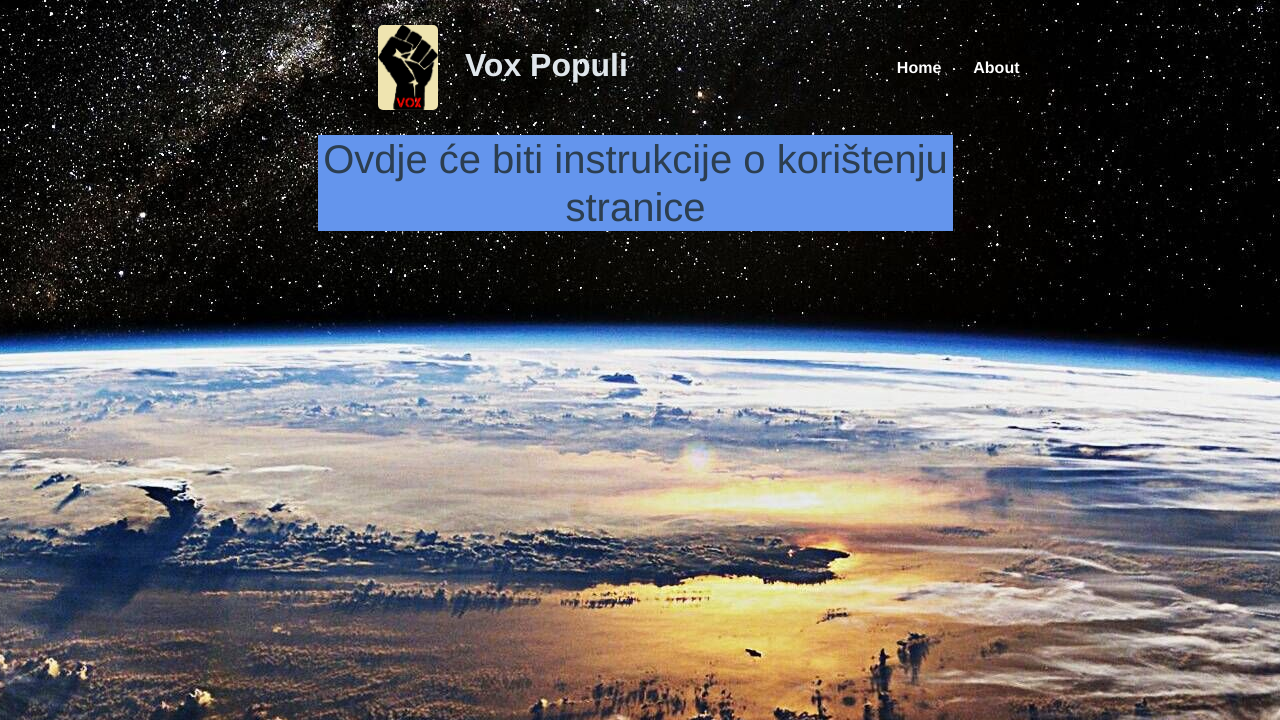
Repository: mseparov/vox-populi
Page: /about (app in vox-populi/)
These files come from the project's save history. The page is drawn as it stood at one moment and after a run of saves; the edit follows.
The browser window is 1280 px wide. The pictures show the whole page.
The project was rebuilt for these pictures with package versions that can differ from the ones it lists, and the page was loaded fresh each time. Also part of the build but not shown: vox-populi/src/components/NewsArticle.vue, vox-populi/src/views/Home.vue.

Above is the page before, as saved 2021-08-23 23:38:20.

After the next 2 saves:
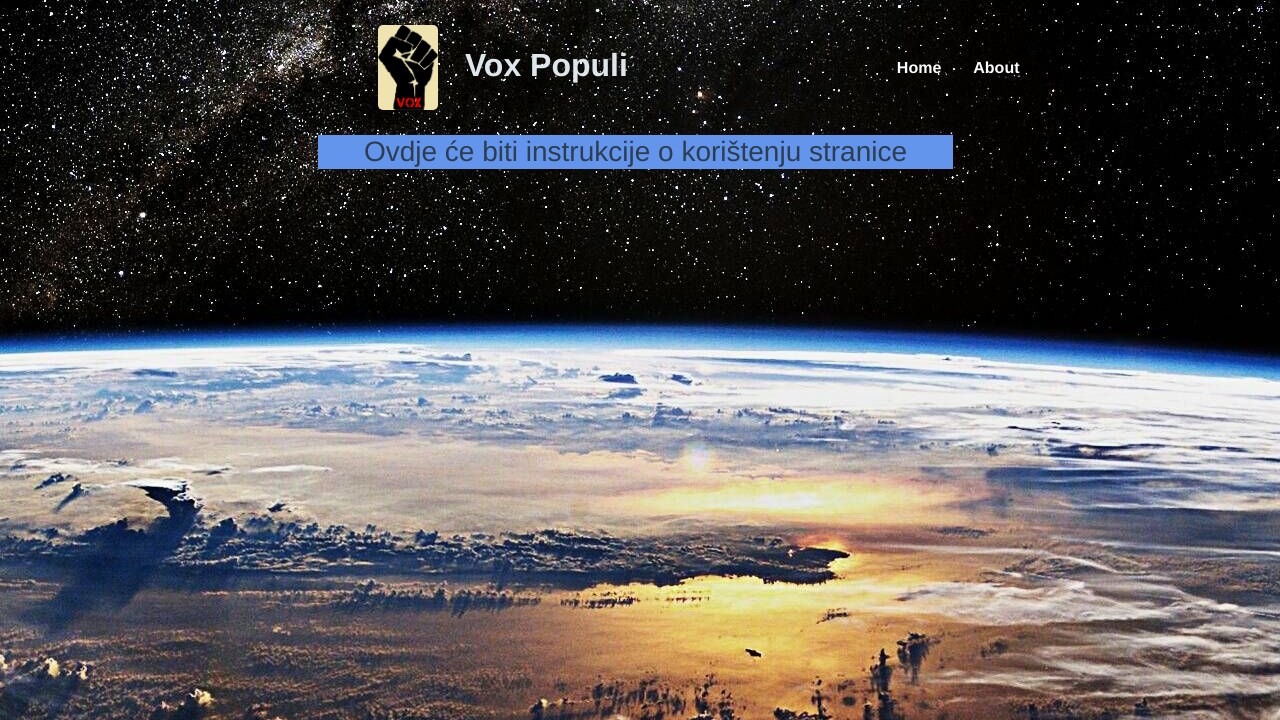
The 2 saves are shown as one change because 1 did not build or start.
The last was saved 14 s later.
--- a/vox-populi/src/views/About.vue
+++ b/vox-populi/src/views/About.vue
@@ -1,6 +1,6 @@
 <template>
   <div class="about">
-    <h1>Ovdje će biti instrukcije o korištenju stranice</h1>
+    <h3>Ovdje će biti instrukcije o korištenju stranice</h3>
   </div>
 </template>
 
